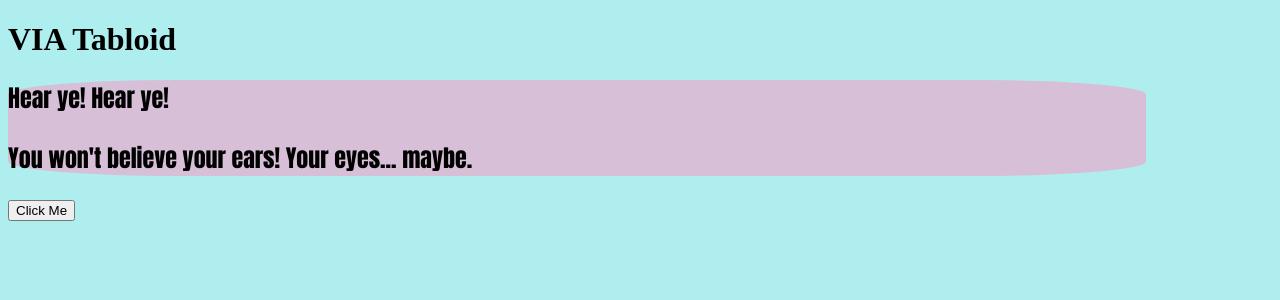
Repository: pimbp/doc_assign
Page: Frontend/index.html
The author's editor kept a copy of each file at every save. The page is drawn from the files as they stood at one save, then again after a run of saves.
The browser window is 1280 px wide. The pictures show the whole page.

Above is the page before, as saved 2026-02-25 16:43:13.

After the next 2 saves:
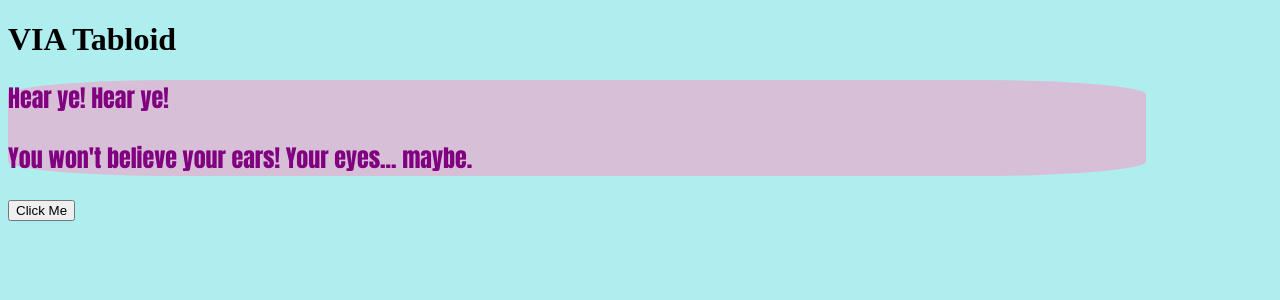
The 2 saves are shown as one change because they came seconds apart.
The last was saved 8 s later.
--- a/Frontend/style/fancy.css
+++ b/Frontend/style/fancy.css
@@ -3,7 +3,7 @@ body { background-color: paleturquoise; }
 #sensational {
     font-family: Impact, Haettenschweiler, 'Arial Narrow Bold', sans-serif;
     font-size: 24px;
-    color: p;
+    color: purple;
     font-weight: bold;
 
     max-width: 90%;
